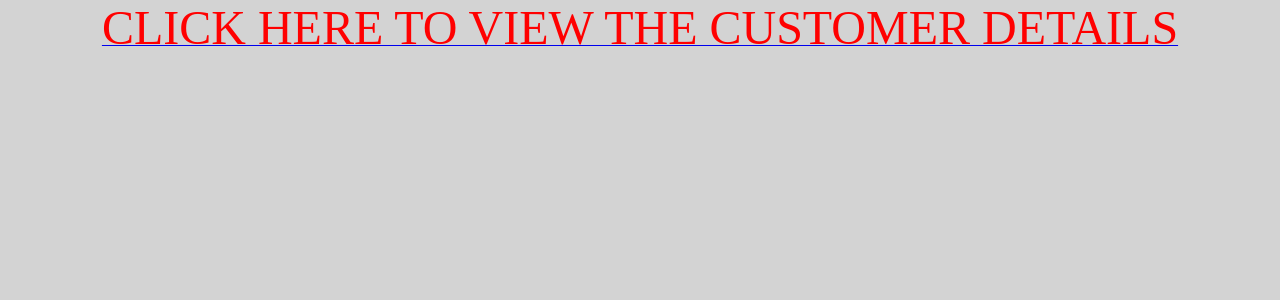
Repository: subhamsourabh265/collegeProjects
Page: OnlineBankingSystems/WebContent/admlog.html
These files come from the project's save history. The page is drawn as it stood at one moment and after the next save; the edit follows.
The browser window is 1280 px wide. The pictures show the whole page.

Above is the page before, as saved 2015-11-30 10:27:33.

### OnlineBankingSystems/WebContent/admlog.html
<!DOCTYPE html PUBLIC "-//W3C//DTD HTML 4.01 Frameset//EN" "http://www.w3.org/TR/html4/frameset.dtd">
<html>
<head>
<meta http-equiv="Content-Type" content="text/html; charset=ISO-8859-1">
<title>ADMIN LOGIN</title>
<link href="style.css" rel="stylesheet" type="text/css">
</head>
    <body style="background-color:lightgray">
    <center>
    <font color="red">
     <a href="view1.jsp"><font size =7 color = red>CLICK HERE TO VIEW THE  CUSTOMER  DETAILS</a></font><br><br>
    </center>
</body>
</html>

### OnlineBankingSystems/WebContent/style.css
@charset "utf-8";
/* CSS Document */

body{
	margin:0;
	color:#232323;
	background:#191919;
}
div, h1, h2, h3, h4, p, form, label, input, textarea, img, span{
	margin:0; padding:0;
}

ul{
	margin:0;
	padding:0;
	list-style-type:none;
	font-size:0;
	line-height:0;
}


.spacer{
	clear:both;
	font-size:0;
	line-height:0;
}
.more
{
font:normal 11px/18px Arial, Helvetica, sans-serif;
color:#00d09d;
text-decoration:none;
padding-left:230px;
}
.style1{color:#00d09d;}
/*------------------------------------------------body--------------------*/

#top_links
{
margin:0 auto;
padding:0px;
width:900px;
height:40px;
}
#top_linksin
{
padding:10px 0 0 0;
width:310px;
height:18px;
float:right;
}

#top_linksin ul
{
list-style:none;
margin:0 0 0 40px;
}
#top_linksin ul li
{
font:normal 11px/10px Arial, Helvetica, sans-serif;
color:#FFFFFF;
border-right:#7f7f7f 1px solid;
padding:0 15px;
float:left;
}
#top_linksin ul li a
{
text-decoration:none;
display:block;
color:#7f7f7f;
}
#top_linksin ul li a:hover
{
text-decoration:none;
display:block;
color:#FFFFFF;
}

#header
{
margin:0 auto;
background:#000 url(images/globe_03.gif) 0 0 no-repeat;
width:897px;
height:282px;
}
#header h1
{
font:bold 44px/18px Arial, Helvetica, sans-serif;
color:#FFFFFF;
padding:100px 0 0 380px;
}
#header h2
{
font:bold italic 24px/18px Arial, Helvetica, sans-serif;
color:#ababab;
padding:20px 0 0 380px;
}

#navigation
{
margin:0 auto;
width:896px;
height:40px;
background:#000;
border:1px solid #282828;
}
#navigation ul
{
list-style:none;
}
#navigation ul li
{
color:#adadad;
float:left;
text-align:center;
font:bold 15px/40px Arial, Helvetica, sans-serif;
width:127px;
border-right:1px solid #282828;
}
#navigation ul li a
{
text-decoration:none;
display:block;
color:#adadad;
}
#navigation ul li a:hover
{
color:#FFFFFF;
}
#navigation ul li.last
{
border:none;
float:left;
}

#content1
{
width:897px;
margin:0 auto;
background:url(images/globe_05.jpg) 0 0 repeat-y;
}
#content1 h1
{
font:bold italic 22px/79px Arial, Helvetica, sans-serif;
color:#ffffff;
padding-left:30px;
}
#content1 p
{
font:normal 12px/18px Arial, Helvetica, sans-serif;
color:#b2b2b2;
padding:5px 15px 0 15px;
}
.con
{
background:url(images/globe_06.jpg) 0 0 repeat-y;
width:290px;
}
#heade1
{
width:167px;
height:79px;
background:url(images/image_03.gif) 20px 10px no-repeat;
padding-left:90px;
}
#heade2
{
width:167px;
height:79px;
background:url(images/image_04.gif) 20px 10px no-repeat;
padding-left:90px;
}
#heade3
{
width:167px;
height:79px;
background:url(images/image_05.gif) 20px 5px no-repeat;
padding-left:90px;
}
#services
{
width:257px;
padding:10px;
}
#services h1
{
font:bold italic 20px/25px Arial, Helvetica, sans-serif;
color:#333333;
}
#services ul
{
list-style:none;
margin-left:8px;
}
#services ul li
{
font:normal 12px/22px Arial, Helvetica, sans-serif;
color:#FFFFFF;
display:block;
padding:0 0 4px 16px;
background:url(images/bullet.png) left center no-repeat;
}
#services ul li a
{
text-decoration:none;
display:block;
color:#7f7f7f;
}
#services ul li a:hover
{
text-decoration:none;
display:block;
color:#000000;
}
#welcome
{
width:287px;
padding:10px;
}
#welcome h1
{
font:bold italic 20px/25px Arial, Helvetica, sans-serif;
color:#333333;
}
#welcome p
{
font:normal 12px/18px Arial, Helvetica, sans-serif;
color:#7f7f7f;
}
#news
{
width:257px;
padding:10px;
}
#news h1
{
font:bold italic 20px/25px Arial, Helvetica, sans-serif;
color:#333333;
}
.img
{
float:left;
padding-right:10px;
}
#news h2
{
font:bold 12px/18px Arial, Helvetica, sans-serif;
color:#333333;
}
#news p
{
font:normal 12px/18px Arial, Helvetica, sans-serif;
color:#7f7f7f;
}

#footer_navigation
{
width:500px;
height:30px;
margin:0 auto;
}
#footer_navigation ul li
{
width:80px;
font: normal 12px/30px Arial, Helvetica, sans-serif;
color:#7d9942;
float:left;
}
#footer_navigation ul li a
{
text-decoration:none;
color:#7f7f7f;
height:30px;
}
#footer_navigation ul li a:hover
{
text-decoration:none;
color:#ffffff;
height:49px;
}
#footer_copyright
{
color: #7f7f7f;
font: normal 11px/30px Arial, Helvetica, sans-serif;
margin:0 auto;
text-align:center;
}

#footer_design
{
color: #ffffff;
font: normal 11px/25px Arial, Helvetica, sans-serif;
margin:0 auto;
text-align:center;
width:100%;
background:#000000;
}
#footer_design a
{
color: #b6ff06;
text-decoration:none;
}
#footer_design a:hover
{
color: #b6ff06;
text-decoration:underline;
}

After the next save:
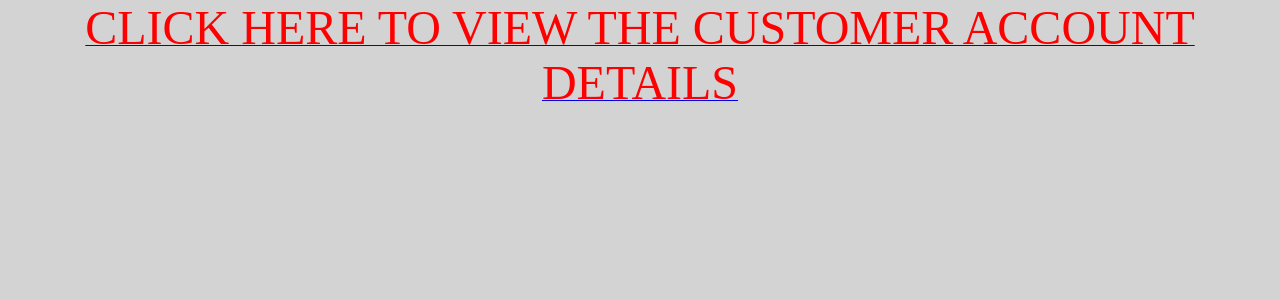
Saved 2 min 18 s later.
--- a/OnlineBankingSystems/WebContent/admlog.html
+++ b/OnlineBankingSystems/WebContent/admlog.html
@@ -8,7 +8,7 @@
     <body style="background-color:lightgray">
     <center>
     <font color="red">
-     <a href="view1.jsp"><font size =7 color = red>CLICK HERE TO VIEW THE  CUSTOMER  DETAILS</a></font><br><br>
+     <a href="view1.jsp"><font size =7 color = red>CLICK HERE TO VIEW THE  CUSTOMER ACCOUNT  DETAILS</a></font><br><br>
     </center>
 </body>
 </html>
